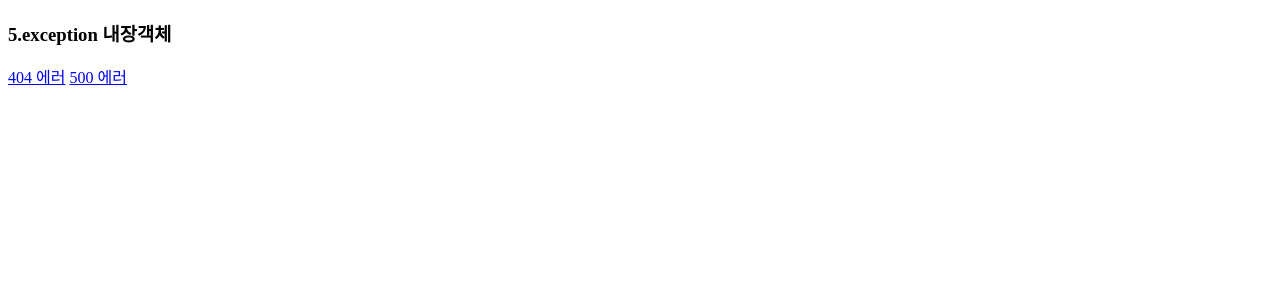
Repository: Jinwoooooooo/GCA_JSP
Page: http://localhost/ch03/5.exception.jsp
These files come from the project's save history. The page is drawn as it stood at one moment and after the next save; the edit follows.
The browser window is 1280 px wide. The pictures show the whole page.
The page is served by Tomcat 9.

Above is the page before, as saved 2025-02-04 03:05:44.

### ch03/src/main/webapp/5.exception.jsp
<%@ page language="java" contentType="text/html; charset=UTF-8"
    pageEncoding="UTF-8"%>
<!DOCTYPE html>
<html>
<head>
<meta charset="UTF-8">
<title>5.exception</title>

<!--
	날짜 : 2025/02/04
	이름 : 정진우
	내용 : JSP 내장객체 exception 실습하기
-->

</head>
<body>
	<h3>5.exception 내장객체</h3>

	<a href="./sample.jsp">404 에러</a>
	<a href="./error.jsp">500 에러</a>

</body>
</html>

After the next save:
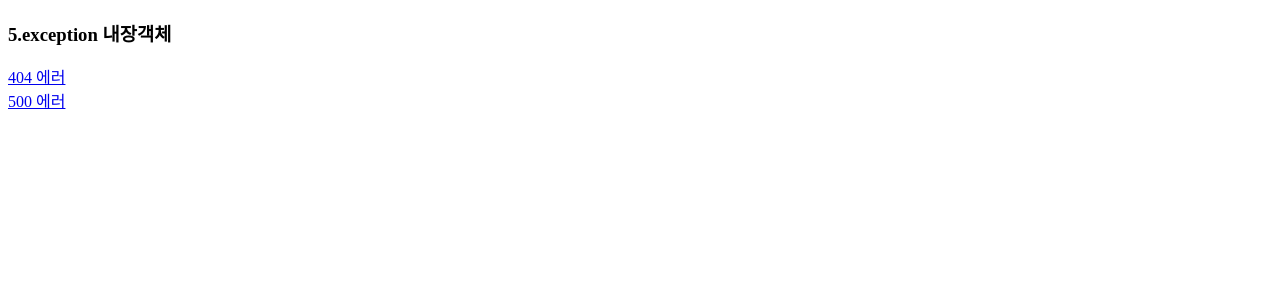
Saved 24 s later.
--- a/ch03/src/main/webapp/5.exception.jsp
+++ b/ch03/src/main/webapp/5.exception.jsp
@@ -16,8 +16,8 @@
 <body>
 	<h3>5.exception 내장객체</h3>
 
-	<a href="./sample.jsp">404 에러</a>
-	<a href="./error.jsp">500 에러</a>
+	<a href="./sample.jsp">404 에러</a><br>
+	<a href="./error.jsp">500 에러</a><br>
 
 </body>
 </html>
